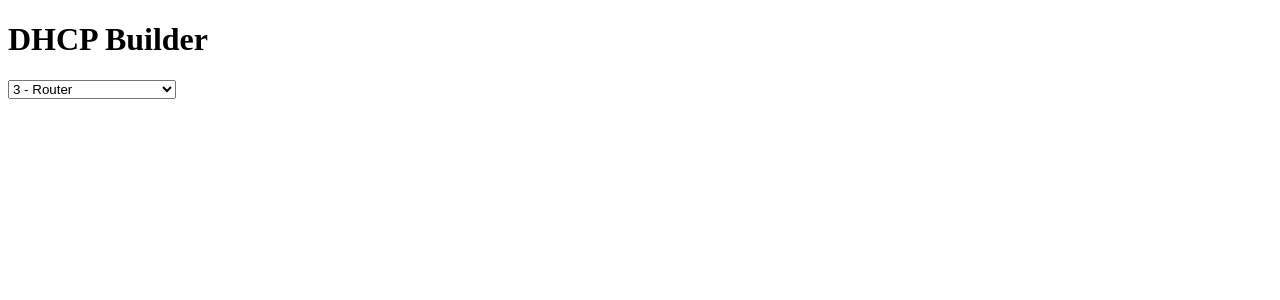
Repository: theglossy1/dhcp-builder
Page: /
These files come from the project's save history. The page is drawn as it stood at one moment and after the next save; the edit follows.
The browser window is 1280 px wide. The pictures show the whole page.
The project was rebuilt for these pictures with package versions that can differ from the ones it lists, and the page was loaded fresh each time. Also part of the build but not shown: vite.config.js.

Above is the page before, as saved 2025-07-30 19:48:43.

### src/App.vue
<script setup>
import { ref, computed } from 'vue'
const types = {
  "3": {
    "name": "Router",
    "type": "ip_address",
    "array": true
  },
  "6": {
    "name": "DNS Servers",
    "type": "ip_address",
    "array": true
  },
  "15": {
    "name": "DNS Domain Name",
    "type": "string",
  },
  "42": {
    "name": "NTP Servers",
    "type": "ip_address",
    "array": true
  },
  "43": {
    "name": "Vendor-Specific Info",
    "type": "custom",
    "array": true,
    "fields": {
      "code": "number",
      "payload": "hex/ascii"
    }
  },
  "66": {
    "name": "TFTP Server",
    "type": "string"
  }
}

const typeEntries = Object.entries(types)
const selectedKey = ref("")
const inputValue = ref("")

const selectedType = computed(() => types[selectedKey.value] || null)

</script>

<template>
  <h1>DHCP Builder</h1>
  <p>
    <select>
      <option disabled value="">Select an option</option>
      <option v-for="[key, value] in typeEntries" :key="key" :value="key">
        {{ key }} - {{ value.name }}
      </option>
    </select>
  </p>
</template>

<style scoped></style>

Loaded but not shown: index.html (common file); src/main.js (common file)

After the next save:
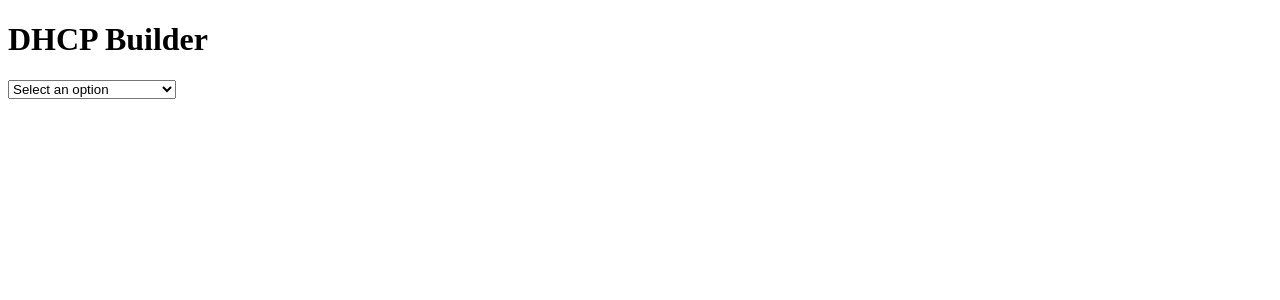
Saved 13 s later.
--- a/src/App.vue
+++ b/src/App.vue
@@ -45,14 +45,19 @@ const selectedType = computed(() => types[selectedKey.value] || null)
 
 <template>
   <h1>DHCP Builder</h1>
-  <p>
-    <select>
-      <option disabled value="">Select an option</option>
-      <option v-for="[key, value] in typeEntries" :key="key" :value="key">
-        {{ key }} - {{ value.name }}
-      </option>
-    </select>
-  </p>
+  <select v-model="selectedKey">
+    <option disabled value="">Select an option</option>
+    <option v-for="[key, value] in typeEntries" :key="key" :value="key">
+      {{ key }} - {{ value.name }}
+    </option>
+  </select>
+
+  <div v-if="selectedType" style="margin-top: 1em;">
+    <input type="text" v-model="inputValue" placeholder="Enter value" />
+    <span v-if="selectedType.array" style="margin-left: 0.5em; color: gray;">
+      comma-separate multiple values
+    </span>
+  </div>
 </template>
 
 <style scoped></style>
